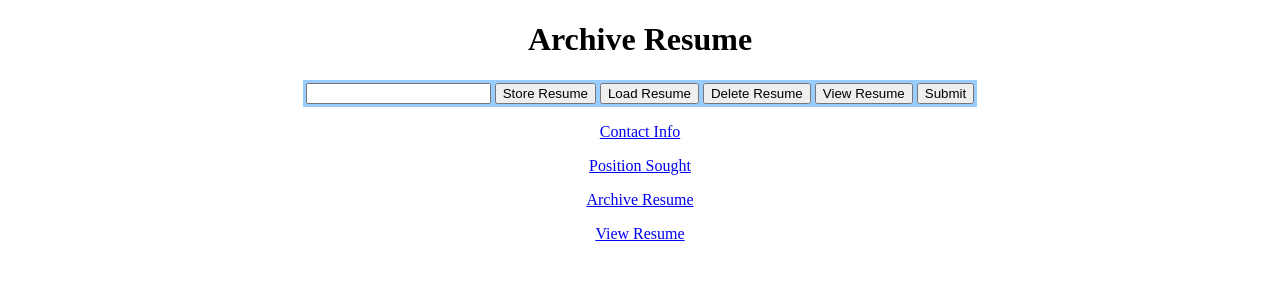
Repository: HyveMynd/cs4540
Page: http://localhost/archive.php
These files come from the project's save history. The page is drawn as it stood at one moment and after the next save; the edit follows.
The browser window is 1280 px wide. The pictures show the whole page.
Some web libraries are served in a nearby version. The page is run by PHP 8.4 with error messages shown; the project is at /var/www/html/.

Above is the page before, as saved 2013-02-18 04:47:43.

After the next save:
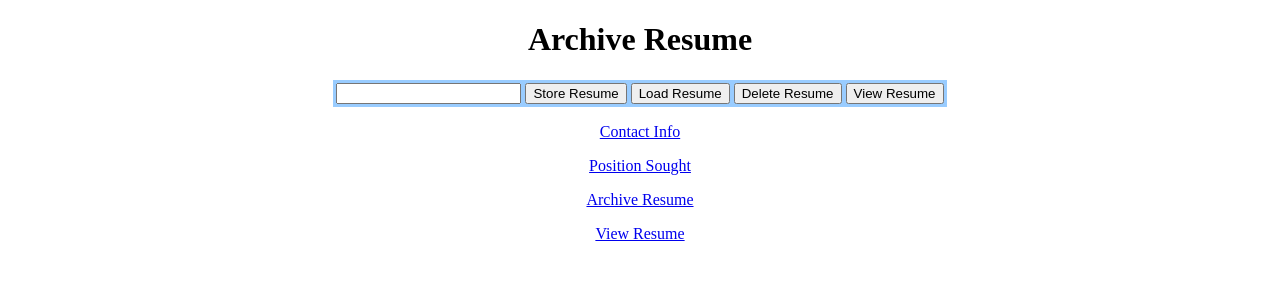
Saved 10 s later.
--- a/ps5/archive.php
+++ b/ps5/archive.php
@@ -20,7 +20,6 @@ require 'functions.php';
 			<td><input type="button" value="Load Resume" onclick="addField()"/></td>
 			<td><input type="button" value="Delete Resume" onclick="addField()"/></td>
 			<td><input type="button" value="View Resume" onclick="addField()"/></td>
-			<td><input type="button" value=Submit onclick="validate()"  /></td>
 		</tr>
 	</table>
 	</form>
